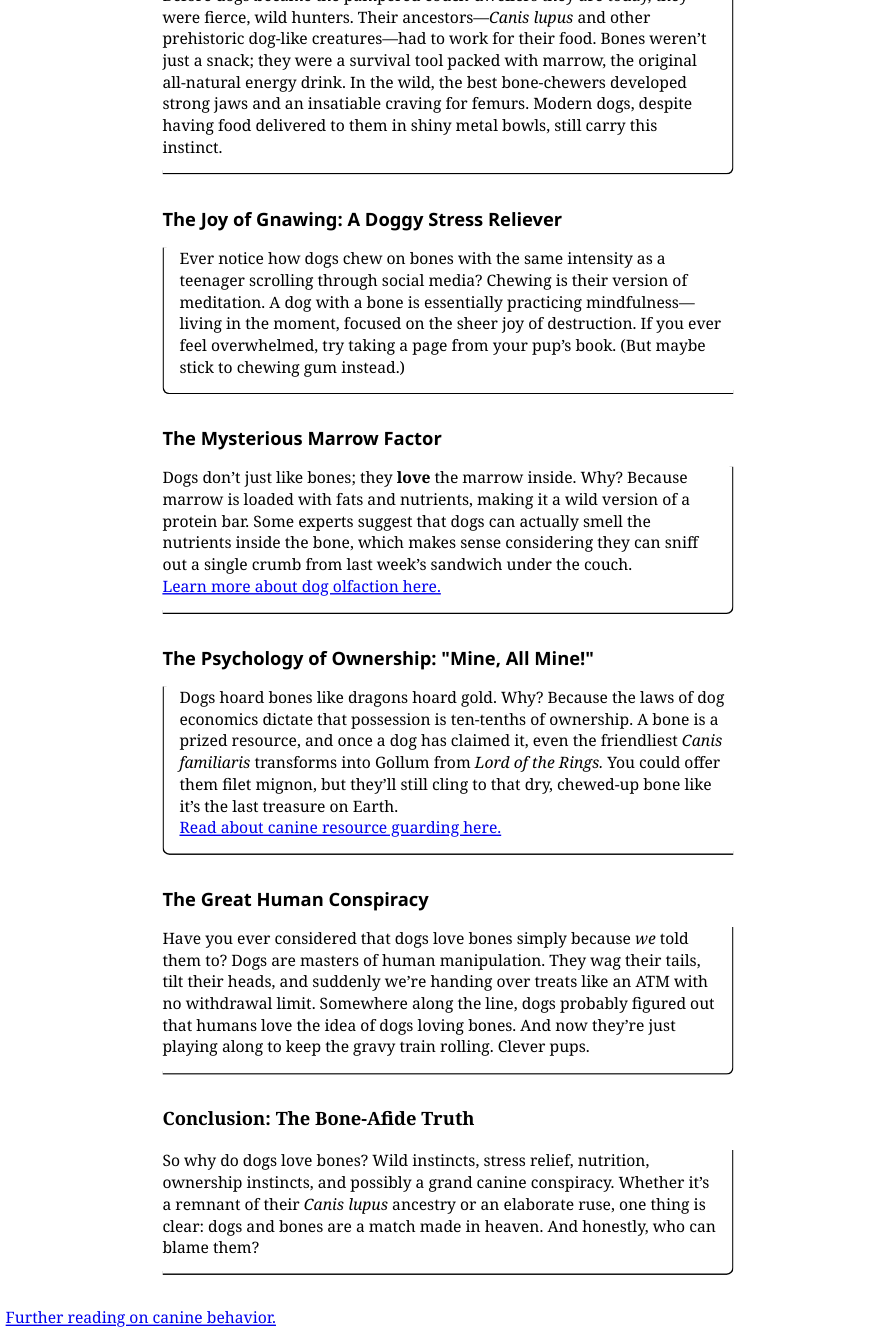
Repository: Leith-vdl/apprentice-challenge-1
Page: index.html
The author's editor kept a copy of each file at every save. The page is drawn from the files as they stood at one save, then again after the next save.
The browser window is 1280 px wide. The pictures show the part of the page from y = 485 to 2405 px (the page is 2405 px tall), at 70% of full size.
A picture or video elsewhere on the page could not be fetched, so the positions and the page height are approximate.

Above is the page before, as saved 2025-01-31 16:29:08.

After the next save:
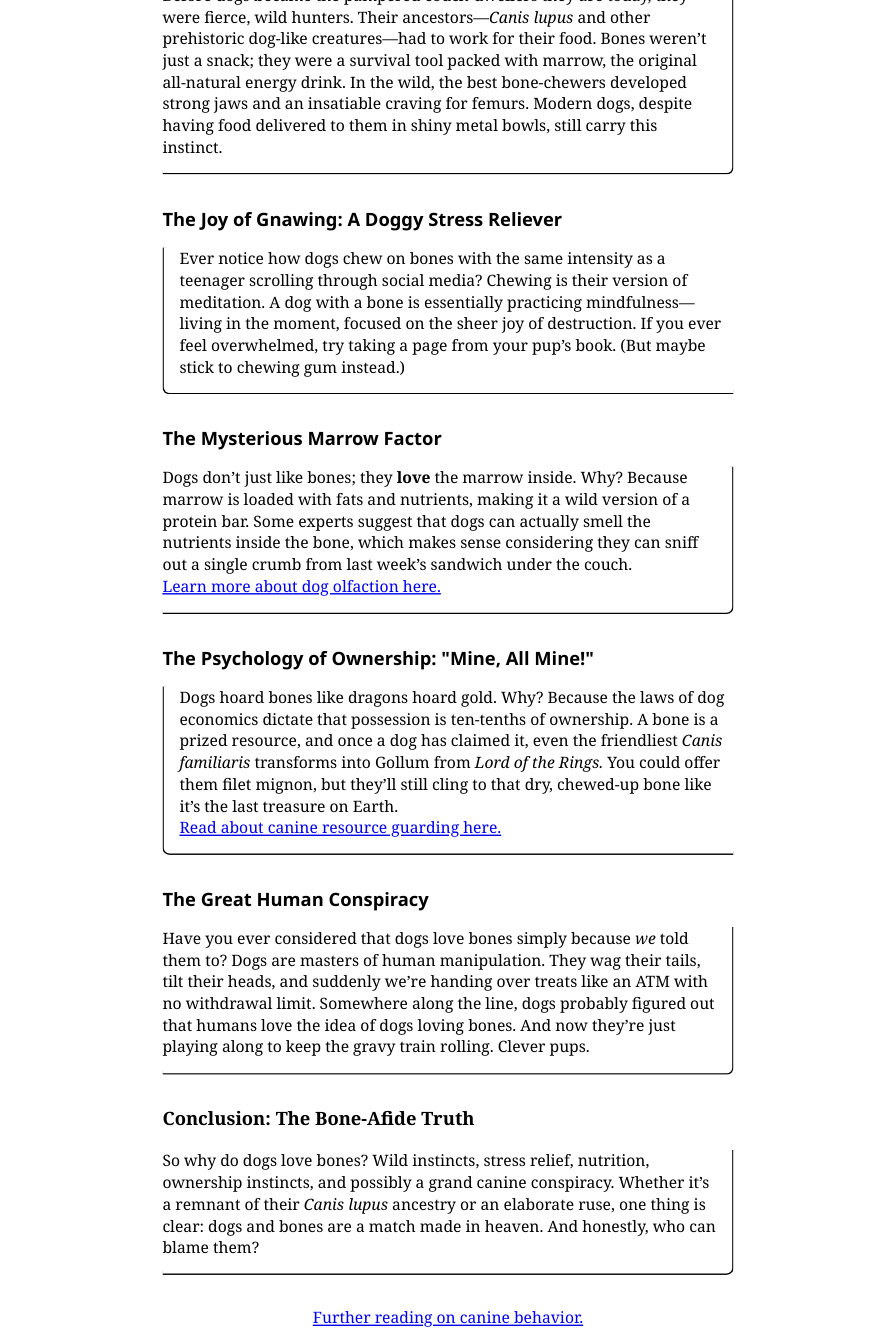
Saved 21 s later.
--- a/styles/styles.css
+++ b/styles/styles.css
@@ -44,3 +44,7 @@ p.section-main-text {
     border-right: 2px solid black;
     border-radius: 0 0 10px 0;
 }
+
+footer.page-footer {
+    text-align: center;
+}
